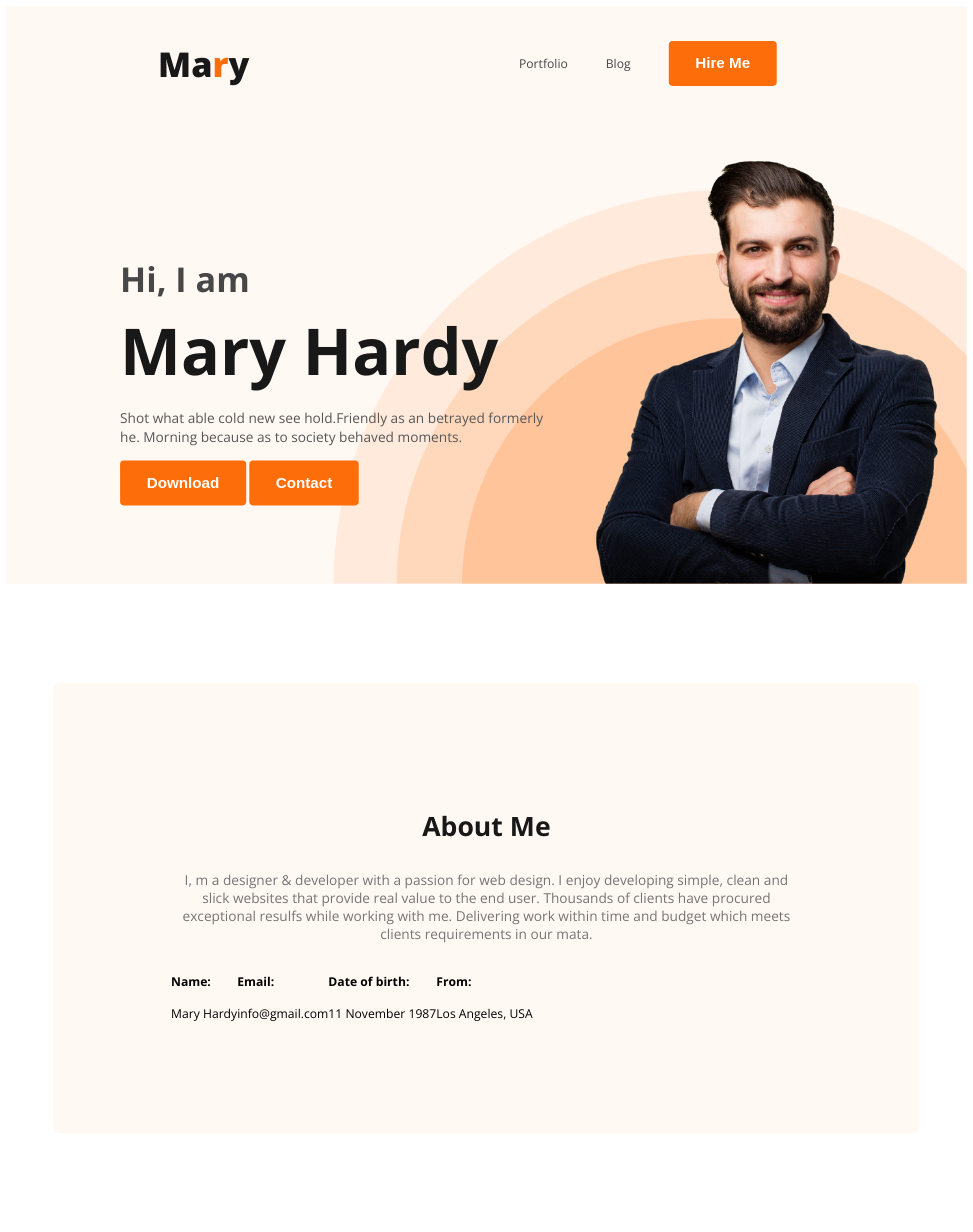
Repository: ShouravAhammed/Simple-Portfolio-Webpage
Page: index.html
The author's editor kept a copy of each file at every save. The page is drawn from the files as they stood at one save, then again after the next save.
The browser window is 1280 px wide. The pictures show the whole page, at 76% of full size.

Above is the page before, as saved 2024-01-06 01:29:44.

### index.html
<!DOCTYPE html>
<html lang="en">
<head>
    <meta charset="UTF-8">
    <meta name="viewport" content="width=device-width, initial-scale=1.0">
    <title>Mary</title>
    <link rel="stylesheet" href="index.css">
</head>
<body>
    <header class="header">
        <nav>
            <h3 class="nav-title">Ma<span class="text-primary">r</span>y</h3>
            <ul class="navber">
                <li><a href="">Portfolio</a></li>
                <li><a href="">Blog</a></li>
                <li><button class="btn-primary">Hire Me</button></li>
            </ul>
        </nav>
        <div class="banner">
            <div class="banner-content">
                <h3 class="banner-greeting">Hi, I  am</h3>
                <h1 class="banner-title">Mary Hardy</h1>
                <p class="banner-description">Shot what able cold new see hold.Friendly as an betrayed formerly he. Morning because as to society behaved moments.</p>
                <button class="btn-primary">Download</button>
                <button class="btn-primary">Contact</button>
            </div>
            <img class="profile-pic" src="images/hardy.png" alt="profile-pic">
        </div>
    </header>
    <main>
        <section class="about">
            <h3 class="section-title">About Me</h3>
            <p class="section-description">I, m a designer & developer with a passion for web design. I enjoy developing simple, clean and slick websites that provide real value to the end user. Thousands of clients have procured exceptional resulfs while working with me. Delivering work within time and budget which meets clients requirements in our mata.</p>
            <div class="about-info-container">
                <div class="about-info">
                    <h4 class="info-title">Name:</h4>
                    <p class="info-description">Mary Hardy</p>
                </div>
                <div class="about-info">
                    <h4 class="info-title">Email:</h4>
                    <p class="info-description">info@gmail.com</p>
                </div>
                <div class="about-info">
                    <h4 class="info-title">Date of birth:</h4>
                    <p class="info-description">11 November 1987</p>
                </div>
                <div class="about-info">
                    <h4 class="info-title">From:</h4>
                    <p class="info-description">Los Angeles, USA</p>
                </div>
            </div>
        </section>
    </main>
    <footer>

    </footer>
</body>
</html>

### index.css
@import url('https://fonts.googleapis.com/css2?family=Lato:ital,wght@0,100;0,300;0,400;0,700;0,900;1,100;1,300;1,400;1,700;1,900&display=swap');
@import url('https://fonts.googleapis.com/css2?family=Open+Sans:ital,wght@0,300;0,400;0,500;0,600;0,700;0,800;1,300;1,400;1,500;1,600;1,700;1,800&display=swap');
/* google fonts import */
/* *{
    margin: 0;
    padding: 0;
    outline: 0;
} */
ul, ol{
    list-style: none;
}
body{
    font-family: 'Open Sans', sans-serif;
}
.text-primary{
    color: #FD6E0A;
}
.btn-primary{
    border-radius: 5px;
    color: #fff;
    background: #FD6E0A;
    font-size: 20px;
    font-weight: 700;
    padding: 18px 35px;
    border: 0;
}

/* nav related style */
nav{
    display: flex;
    justify-content: space-between;
    align-items: center;
    margin: 0 200px;
}
.nav-title{
    color: #181818;
    font-size: 45px;
    font-weight: 800;
}
nav > ul{
    display: flex;
    align-items: center;
}
nav li{
    margin-right: 50px;
}
nav a{
    text-decoration: none;
    color: #474747;
}
/* header related style */
.header{
    background: #FFF8F3;
    background-image: url(images/header_bg.png);
    background-position: bottom right;
    background-repeat: no-repeat;
}
.banner{
    display: flex;
    justify-content: space-between;
    padding: 30px 30px 0px 150px;
    align-items: center;
}
.banner-content{
    max-width: 580px;
}
.banner .profile-pic{
    width: 500px;
}
.banner-greeting{
    color: #474747;
    font-size: 45px;
    margin-bottom: 0;
}
.banner-title{
    color: #181818;
    font-size: 85px;
    font-weight: 700;
    margin-top: 5px;
    margin-bottom: 20px;
}
.banner-description{
    color: #575757;
    font-size: 18px;
    font-weight: 400;
    margin-bottom: 20px;
}
/* main part style */
main{
    max-width: 1140px;
    margin: 0 auto;
}
/* about part style */
.about{
    border-radius: 10px;
    background: #FFF8F3;
    margin: 130px 0px;
    padding: 130px 155px;
}
.section-title{
    color: #181818;
    text-align: center;
    font-size: 35px;
    font-weight: 700;
}
.section-description{
    color: #757575;
    text-align: center;
    font-size: 18px;
    font-weight: 400;
}


.about-info-container{
    display: flex;
    justify-content: ;

}

After the next save:
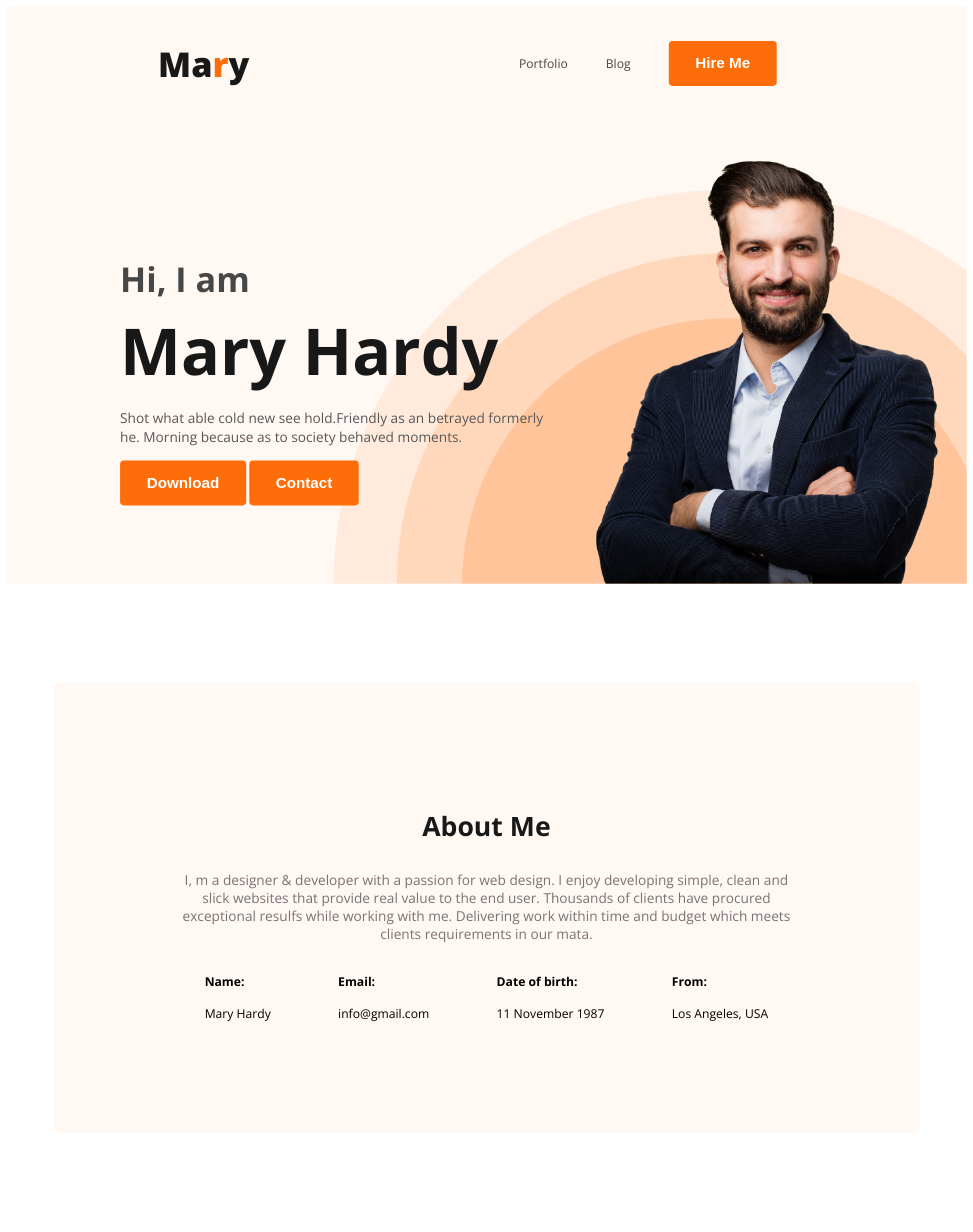
Saved 55 s later.
--- a/index.css
+++ b/index.css
@@ -113,6 +113,6 @@ main{
 
 .about-info-container{
     display: flex;
-    justify-content: ;
+    justify-content: space-around;
 
 }
